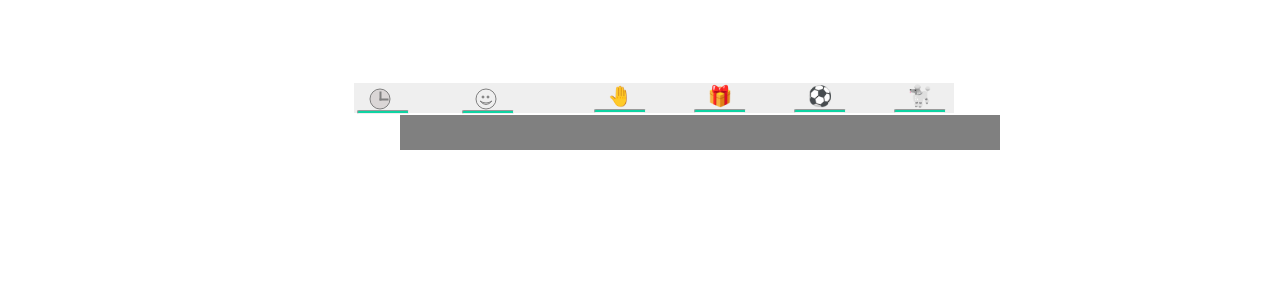
Repository: Gaj123-coder/emoji-search-app
Page: /
The author's editor kept a copy of each file at every save. The page is drawn from the files as they stood at one save, then again after a run of saves.
The browser window is 1280 px wide. The pictures show the whole page.
The project was rebuilt for these pictures with package versions that can differ from the ones it lists, and the page was loaded fresh each time.

Above is the page before, as saved 2021-10-31 11:59:39.

### public/index.html
<!DOCTYPE html>
<html>
    <head>
        <title>Emoji Search</title>
        <meta charset="UTF-8">
        <meta name="author" content="Gajanan C Hegde">
        <meta name="description" content="A simple emoji search app using React JS">
        <meta name="view-port" content="width=device-width,initial-scale=1">
        <meta property="og:title" content="emoji">
        <meta property="og:description" content="An emoji searh app">
        <meta property="og:url" content="http://www.emojis..com">
        <meta property="og:image" content="https://seeklogo.com/images/S/smile-with-glasses-emoji-logo-0C5A7F9874-seeklogo.com.png">
        <meta property="twitter:title" content="Emoji Search">
        <meta property="twitter:image" content="https://seeklogo.com/images/S/smile-with-glasses-emoji-logo-0C5A7F9874-seeklogo.com.png">
        <meta property="twitter:description" content="A simple recat js emloji search app">
        <meta property="twitter:card" content="summary_large_page">
        <meta property="facebook:title" content="Emoji Search">
        <meta property="facebook:image" content="https://seeklogo.com/images/S/smile-with-glasses-emoji-logo-0C5A7F9874-seeklogo.com.png">
        <meta property="facebooks:description" content="A simple react app for emoji search">
        <meta proprty="facebook:url" content="https://www.emojis.com">
        <link rel="canonical" href="index.html"/>
    </head>
    <body>
        <div id="root"></div>
    </body>
</html>

### src/App.js
import React,{ useState } from 'react';
import Res from "./Components/Result/result";
import './App.css';
function App() {
  const [emotion,setEmotion]=useState("smiley1");
  const emotionSelector=(event)=>{
    event.preventDefault();
    const ref_id=event.target.id;
    setEmotion(ref_id);
  }
  return (
    <React.Fragment>
      <form className="dec">
        <button type="submit" id="recent1" className="dec-child" onClick={emotionSelector}>
          <svg>
            <circle cx="20" cy="15" r="10px" stroke="grey" strokeWidth="1px" fill="rgb(218, 214, 214)"/>
            <rect x="20" y="8" width="1px" height="8px" stroke="grey" strokeWidth="1px" fill="rgb(218, 214, 214)"/>
            <rect x="20" y="15" width="8px" height="1px" stroke="grey" strokeWidth="1px" fill="rgb(218, 214, 214)"/>
          </svg>
          <hr className="cir-pos" style={{width:"50px",borderRadius:"200px",height:"2px",backgroundColor:"rgb(14, 211, 162)"}}></hr>
        </button>
        <button type="submit" id="smiley1"  className="dec-child" onClick={emotionSelector}>
          <svg>
            <circle cx="26" cy="15" r="10px" stroke="grey" strokeWidth="1px" fill="none"/>
            <path d="M20 17 Q26 21 32 17" stroke="grey" strokeWidth="1px" fill="none"/>
            <path d="M20 17 Q26 24 32 17" stroke="grey" strokeWidth="1px" fill="none"/>
            <circle cx="23" cy="13" r="1" stroke="grey" strokeWidth="1px" fill="grey"/>
            <circle cx="28" cy="13" r="1" stroke="grey" strokeWidth="1px" fill="grey"/>
          </svg>
          <hr  className="smil-pos" style={{width:"50px",borderRadius:"200px",height:"2px",backgroundColor:"rgb(14, 211, 162)"}}></hr>
        </button>
        <button type="submit" id="hands1" className="dec-child" onClick={emotionSelector}>
          <p style={{fontSize:"20px"}}>&#129306;</p>
          <hr className="rem-pos" style={{width:"50px",borderRadius:"200px",height:"2px",backgroundColor:"rgb(14, 211, 162)"}}/>
        </button>
        <button type="submit" id="gift1" className="dec-child" onClick={emotionSelector}>
          <p style={{fontSize:"20px"}}>&#127873;</p>
          <hr className="rem-pos" style={{width:"50px",borderRadius:"200px",height:"2px",backgroundColor:"rgb(14, 211, 162)"}}/>
        </button>
        <button type="submit" id="sports1" className="dec-child" onClick={emotionSelector}>
          <p style={{fontSize:"20px"}}>&#9917;</p>
          <hr className="rem-pos" style={{width:"50px",borderRadius:"200px",height:"2px",backgroundColor:"rgb(14, 211, 162)"}}/>
        </button>
        <button type="submit" id="animals1" className="dec-child" onClick={emotionSelector}>
          <p style={{fontSize:"20px"}}>&#128041;</p>
          <hr className="rem-pos" style={{width:"50px",borderRadius:"200px",height:"2px",backgroundColor:"rgb(14, 211, 162)"}}/>
        </button>
      </form>
      <Res emotion={emotion}/>
    </React.Fragment>
  );
}

export default App;

### src/Components/Result/result.js
import Em from "./res.module.css";
import {sad1,worry1,angry1,happy1,smiley1,animals1,peace1,love1,joy1,laugh1,gift1,smile1,hands1,sports1,supper1,evil1,shy1,tasty1,confuse1,sleepy1} from "../emotions";
const Res=(props)=>{
    return (
        <div className={Em["emoji"]}>

        </div>
    );

}

export default Res;

### src/App.css
.dec{
  width: 700px;
  height:35px;
  position: relative;
  left:19rem;
  top:5rem;
  display:flex;
  flex-direction:row;
  flex-wrap:nowrap;
  align-items: center;
  justify-content: center;
}

.dec-child>svg{
  width:inherit;
  height:inherit;
}

.dec-child{
  height:30px;
  width:100px;
}

.dec-child>p{
  position: relative;
  left:1rem;
  display: inline;
}

.dec-child>hr{
  width:"50px";
  border-radius:"200px";
  height:"2px";
  background-color:"rgb(14, 211, 162)";
}

.cir-pos{
  position: relative;
  right:1.3rem;
  bottom: 0.8rem;
}

.smil-pos{
  position: relative;
  right:1rem;
  bottom: 0.8rem;
}

.rem-pos{
  position: relative;
  left:1rem;
  bottom:5px;
}

.dec-child,.dec-child:hover,:active{
  border:none;
  margin:none;
}

### src/Components/Result/res.module.css
.emoji{
    width: 600px;
    height:35px;
    position: relative;
    left:25rem;
    top:5rem;
    background-color: grey;
}

### src/Components/emotions.js
const sad=["128524","128528",'128530',"128532","128542","128546","128549","128557"]
const worry=["128524","128529","128531","128532","128533","128543","128552","128553"]
const angry=["128520","128544","128545","128548","12855"]
const happy=["128512","128513","128514","128518","128522"]
const love=["128525","128535","128536","128537","128538"]
const joy=["128513","128517","128519","128521","128539","128540","128541"]
const laugh=["128513","128514","128518"]
const smile=["128512","128516"]
const gift=["127873","127891","127894","127874","127879","129395","127882","127876"]
const sports=["127939","127943","127947","","","","","","",""]
const hands=["128075","128588","129309","65039","128591","128077","129305","129304","128076","129306"]
const supper=["128526","128527"]
const peace=["128512","128515","128516","128519"]
const evil=["128520"]
const shy=["128522"]
const tasty=["128523"]
const confuse=["128534","128533","128550"]
const sleepy=["128554"]
const animals=["128053","128018","129421","128054","128021","128041","129418","129409","128047"]
const smiley=["128512","128513","128514","128515","128516","128517","128518","128519","128520","128521","128522","128523","128524","128525",
"128526","128527","128528","128529","128530","128531","128532","128533","128534","128535","128536","128537","128538","128539","128540"]

export const smiley1=smiley;
export const peace1=peace;
export const sad1=sad;
export const happy1=happy;
export const worry1=worry;
export const angry1=angry;
export const love1=love;
export const joy1=joy;
export const laugh1=laugh;
export const gift1=gift;
export const smile1=smile;
export const sports1=sports;
export const hands1=hands;
export const supper1=supper;
export const evil1=evil;
export const shy1=shy;
export const tasty1=tasty;
export const confuse1=confuse;
export const sleepy1=sleepy;
export const animals1=animals;

Loaded but not shown: src/index.js (common file); src/index.css (common file)

After the next 2 saves:
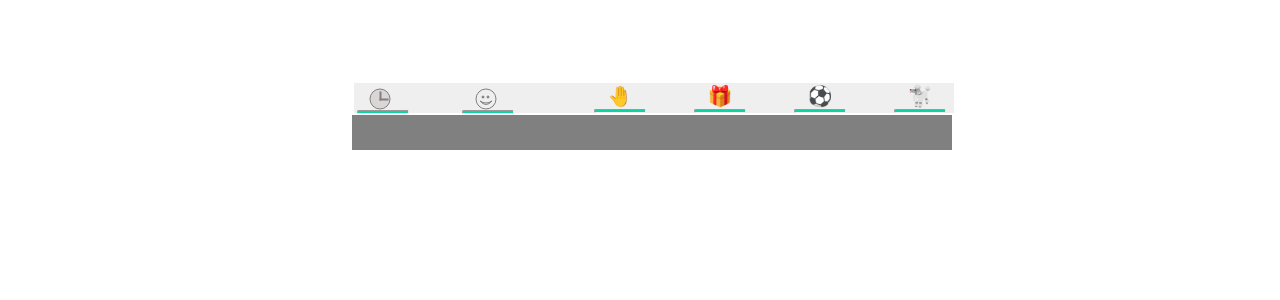
The 2 saves are shown as one change because they came seconds apart.
The last was saved 6 s later.
--- a/src/Components/Result/res.module.css
+++ b/src/Components/Result/res.module.css
@@ -2,7 +2,7 @@
     width: 600px;
     height:35px;
     position: relative;
-    left:25rem;
+    left:22rem;
     top:5rem;
     background-color: grey;
 }
